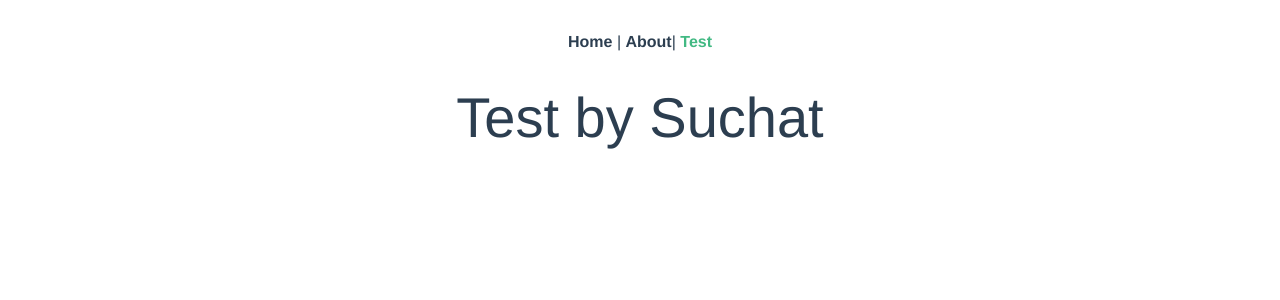
Repository: ossuchas/tableau-web-vue
Page: /test
These files come from the project's save history. The page is drawn as it stood at one moment and after the next save; the edit follows.
The browser window is 1280 px wide. The pictures show the whole page.
Some web libraries are served in a nearby version. The project was rebuilt for these pictures with package versions that can differ from the ones it lists, and the page was loaded fresh each time. Also part of the build but not shown: vue.config.js, src/components/HelloWorld.vue, src/views/Home.vue.

Above is the page before, as saved 2020-04-11 05:33:07.

### public/index.html
<!DOCTYPE html>
<html lang="en">
  <head>
    <meta charset="utf-8">
    <meta http-equiv="X-UA-Compatible" content="IE=edge">
    <meta name="viewport" content="width=device-width,initial-scale=1.0">
    <link rel="icon" href="<%= BASE_URL %>favicon.ico">
    <link rel="stylesheet" href="https://cdnjs.cloudflare.com/ajax/libs/font-awesome/5.13.0/css/all.min.css">
    <title>AP Tableau Web View</title>
  </head>
  <body>
    <noscript>
      <strong>We're sorry but <%= htmlWebpackPlugin.options.title %> doesn't work properly without JavaScript enabled. Please enable it to continue.</strong>
    </noscript>
    <div id="app"></div>
    <!-- built files will be auto injected -->
  </body>
</html>

### src/main.js
import Vue from 'vue'
import App from './App.vue'
import router from './router'
import store from './store'

import 'bootstrap'
import 'bootstrap/dist/css/bootstrap.min.css'

Vue.config.productionTip = false
console.log(process.env.VUE_APP_URL)

new Vue({
  router,
  store,
  render: h => h(App)
}).$mount('#app')

### src/App.vue
<template>
  <div id="app">
    <div id="nav">
      <router-link to="/">Home</router-link> |
      <router-link to="/about">About</router-link>|
      <router-link to="/test">Test</router-link>
    </div>
    <router-view/>
  </div>
</template>

<style>
#app {
  font-family: Avenir, Helvetica, Arial, sans-serif;
  -webkit-font-smoothing: antialiased;
  -moz-osx-font-smoothing: grayscale;
  text-align: center;
  color: #2c3e50;
}

#nav {
  padding: 30px;
}

#nav a {
  font-weight: bold;
  color: #2c3e50;
}

#nav a.router-link-exact-active {
  color: #42b983;
}
</style>

### src/router/index.js
import Vue from 'vue'
import VueRouter from 'vue-router'
import Home from '../views/Home.vue'
import Test from '../components/Test.vue'

Vue.use(VueRouter)

  const routes = [
  {
    path: '/',
    name: 'Home',
    component: Home
  },
  {
    path: '/about',
    name: 'About',
    // route level code-splitting
    // this generates a separate chunk (about.[hash].js) for this route
    // which is lazy-loaded when the route is visited.
    component: () => import(/* webpackChunkName: "about" */ '../views/About.vue')
  },
  {
    path: '/test',
    name: 'Test',
    component: Test
  }
]

const router = new VueRouter({
  mode: 'history',
  base: process.env.BASE_URL,
  routes
})

export default router

### src/components/Test.vue
<template>
    <div class="container">
        <div class="display-4 text-center">Test by Suchat</div>
        <!-- <p>URL : {{ api_url }}</p> -->
        <span>{{ test2 }}</span>
    </div>
</template>

<script>
export default {
    name: 'Test',
    date() {
        return {
            test2: 'xxx'
        }
    },
    mounted() {
        console.log(process.env.VUE_APP_URL)
        // this.api_url = process.env.VUE_APP_URL;
    },
    methods: {
        testfn: function() {
            this.test2 = process.env.VUE_APP_URL;
        }
    }
}
</script>

<style scoped>

</style>

Loaded but not shown: src/store/index.js (common file)

After the next save:
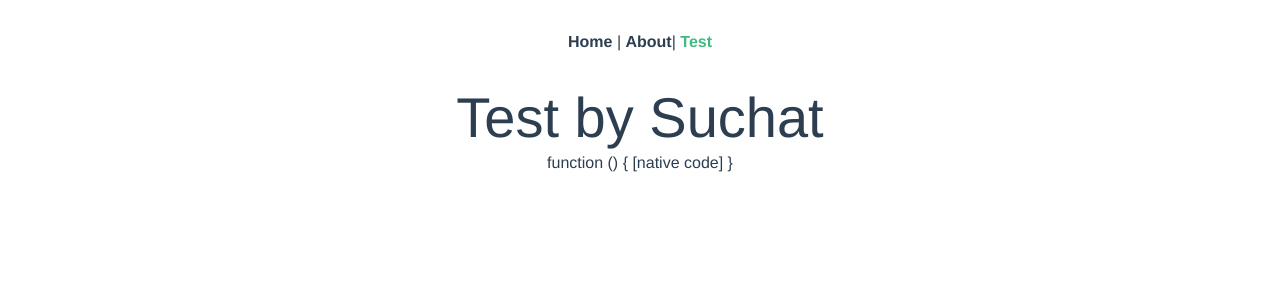
Saved 8 s later.
--- a/src/components/Test.vue
+++ b/src/components/Test.vue
@@ -2,7 +2,7 @@
     <div class="container">
         <div class="display-4 text-center">Test by Suchat</div>
         <!-- <p>URL : {{ api_url }}</p> -->
-        <span>{{ test2 }}</span>
+        <span>{{ testfn }}</span>
     </div>
 </template>
 
